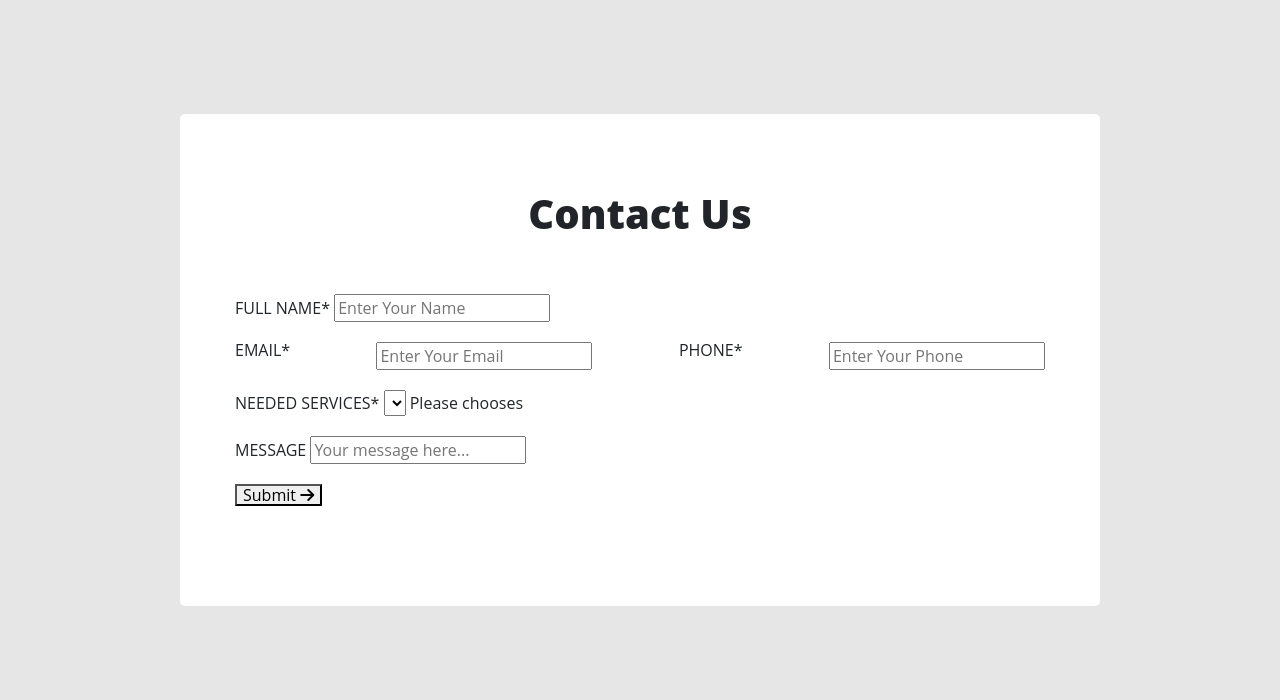
Repository: letrongtinh27/LapTrinhWeb
Page: form-contact/index.html
The author's editor kept a copy of each file at every save. The page is drawn from the files as they stood at one save, then again after the next save.
The browser window is 1280 px wide. The pictures show the whole page.

Above is the page before, as saved 2022-10-09 11:26:25.

After the next save:
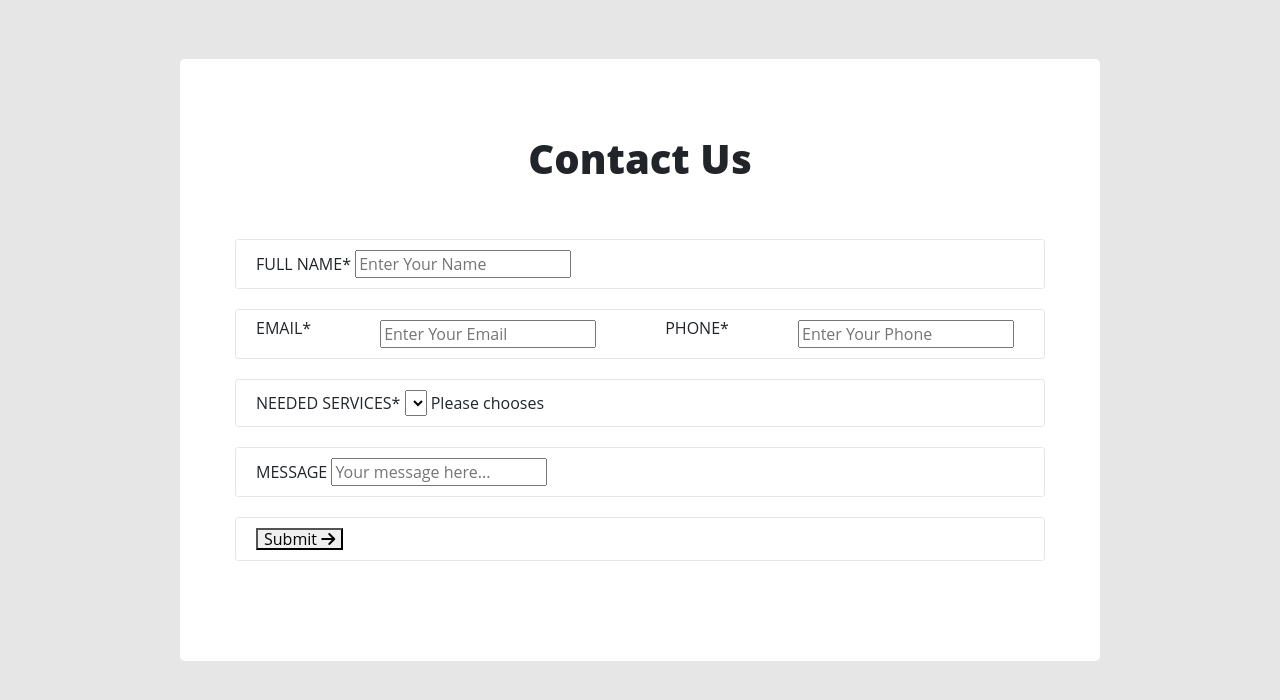
Saved 2 min 4 s later.
--- a/form-contact/style.css
+++ b/form-contact/style.css
@@ -24,6 +24,10 @@ body {
 
 .form-group{
     margin-bottom: 20px;
+    width: 100%;
+    border: 1px solid #e6e6e6;
+    border-radius: 3px;
+    padding: 10px 30px 10px 20px;
 }
 
 .form-group-2 {
@@ -37,6 +41,8 @@ body {
 .form-lable {
     color: #393939;
     padding-top: 20px;
+    font-size: 10px;
+    line-height: 1.5;
 }
 .form-submit{
 
